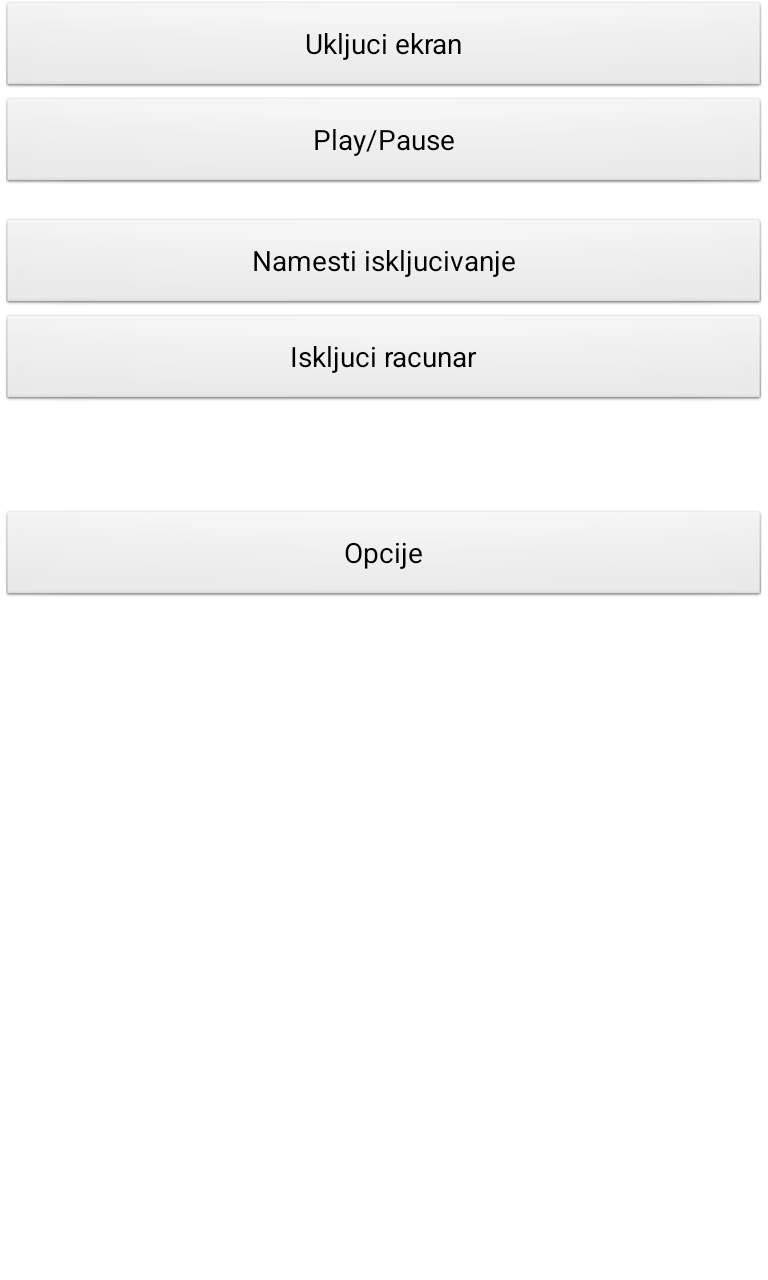
Repository: zivlakmilos/Remote_Control
Layout: RemoteControl1/AndroidRemoteControl/res/layout/main.xml
The author's editor kept a copy of each file at every save. The layout is drawn from the files as they stood at one save, then again after the next save.
It is drawn on a 768 x 1280 px phone screen (xhdpi) without system bars, with theme AppTheme; the app's code is not run.

Above is the layout before, as saved 2015-06-29 11:49:19.

### RemoteControl1/AndroidRemoteControl/res/layout/main.xml
<?xml version="1.0" encoding="utf-8"?>
<LinearLayout xmlns:android="http://schemas.android.com/apk/res/android"
    android:layout_width="fill_parent"
    android:layout_height="fill_parent"
    android:orientation="vertical" >

    <Button
        android:id="@+id/btnScreenOn"
        android:layout_width="fill_parent"
        android:layout_height="wrap_content"
        android:text="Ukljuci ekran"
        />
    <Button
        android:id="@+id/btnPlayPause"
        android:layout_width="fill_parent"
        android:layout_height="wrap_content"
        android:text="Play/Pause"
        />
    <Button
        android:id="@+id/btnTurnOffDelay"
        android:layout_width="fill_parent"
        android:layout_height="wrap_content"
        android:text="Namesti iskljucivanje"
        android:layout_marginTop="25px"/>
    <Button
        android:id="@+id/btnTurnOff"
        android:layout_width="fill_parent"
        android:layout_height="wrap_content"
        android:text="Iskljuci racunar"/>
    <Button
        android:id="@+id/btnOptions"
        android:layout_width="fill_parent"
        android:layout_height="wrap_content"
        android:text="Opcije"
        android:layout_marginTop="100px"/>

</LinearLayout>

Loaded but not shown: RemoteControl1/AndroidRemoteControl/res/values/styles.xml (common file)

After the next save:
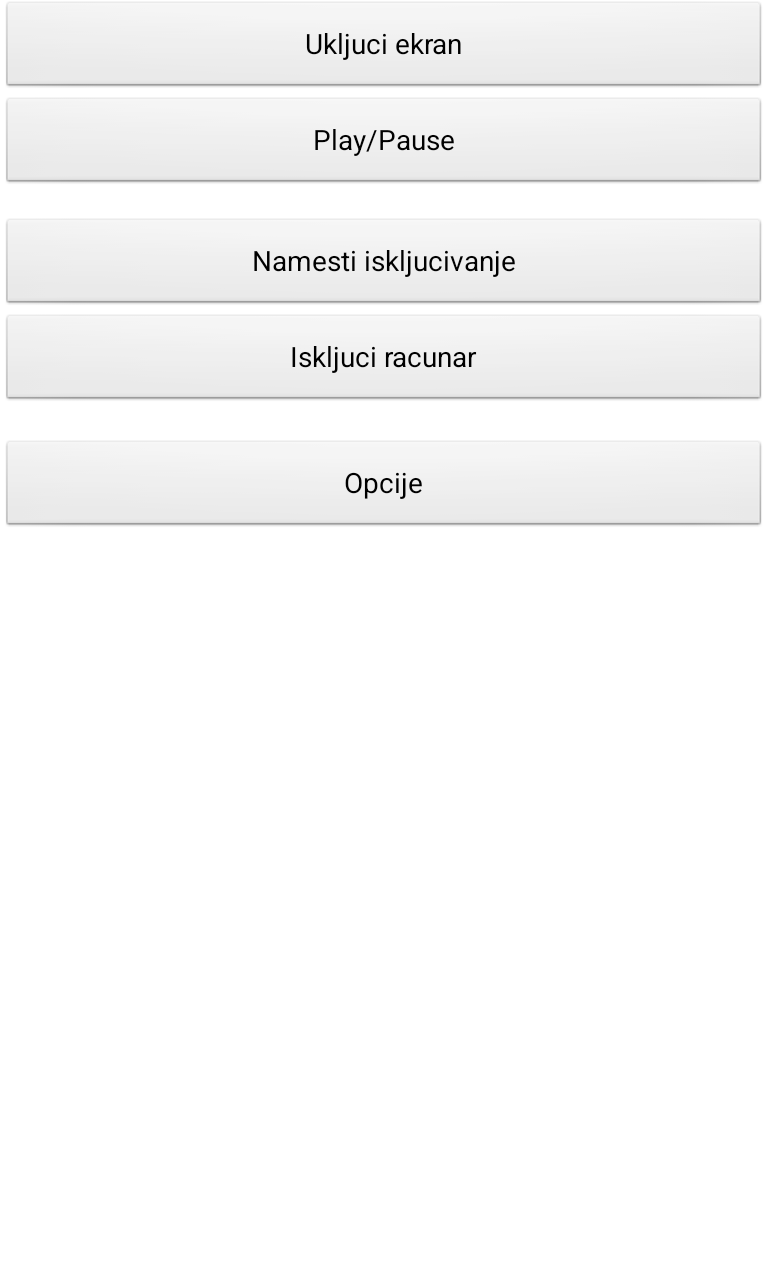
Saved 2 min 29 s later.
--- a/RemoteControl1/AndroidRemoteControl/res/layout/main.xml
+++ b/RemoteControl1/AndroidRemoteControl/res/layout/main.xml
@@ -32,6 +32,6 @@
         android:layout_width="fill_parent"
         android:layout_height="wrap_content"
         android:text="Opcije"
-        android:layout_marginTop="100px"/>
+        android:layout_marginTop="30px"/>
 
 </LinearLayout>
